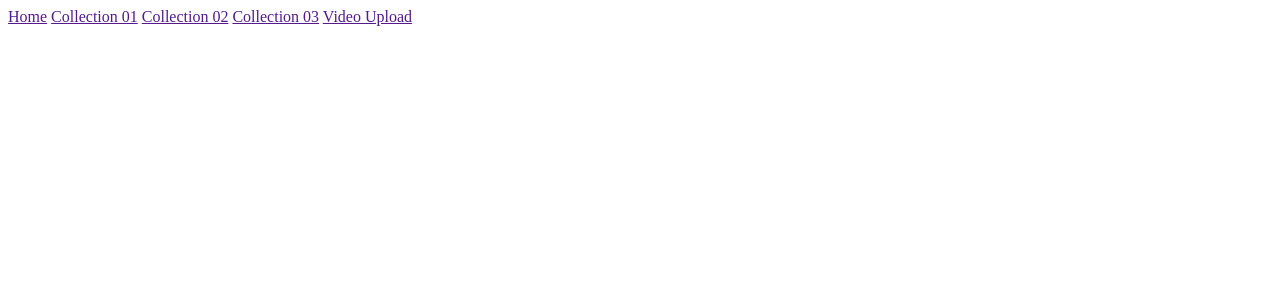
Repository: JoaoLemesDEV/Project-MyTube
Page: index.html
An editor plug-in stored every save of this project. The page is shown before and after a run of saves, followed by the edit.
The browser window is 1280 px wide. The pictures show the whole page.

Above is the page before, as saved 2021-10-10 19:50:59.

After the next 3 saves:
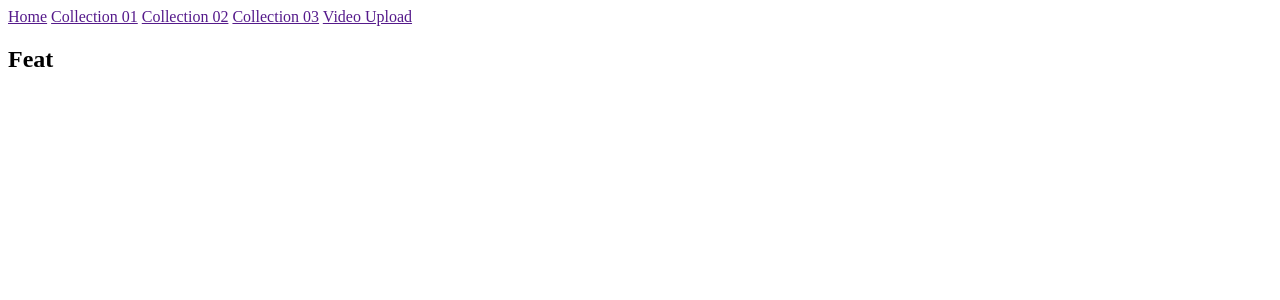
The 3 saves are shown as one change because they came seconds apart.
The last was saved 9 s later.
--- a/index.html
+++ b/index.html
@@ -16,6 +16,7 @@
     <a href="">Video Upload</a>
   </nav>
 
+  <h2>Feat</h2>
   <section id="collection01">
 
 
